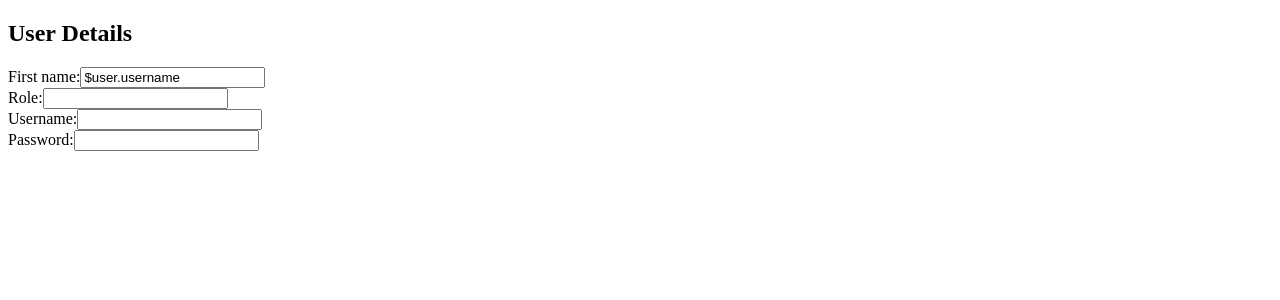
Repository: Shveta625/EmfRepository
Page: http://localhost/UserRegistration/UserDetail.jsp
The author's editor kept a copy of each file at every save. The page is drawn from the files as they stood at one save, then again after the next save.
The browser window is 1280 px wide. The pictures show the whole page.
The page is served by Tomcat 9. Other server files are loaded and not shown.

Above is the page before, as saved 2017-11-09 08:58:07.

### UserRegistration/WebContent/UserDetail.jsp
<%@page import="dao.UserDetailDao"%>
<%@page import="java.sql.Statement"%>
<%@page import="java.sql.ResultSet"%>
<%@page import="java.sql.DriverManager"%>
<%@ page language="java" contentType="text/html; charset=UTF-8"
	pageEncoding="UTF-8"%>
<%@page import="dao.LoginDao"%>
<!DOCTYPE html PUBLIC "-//W3C//DTD HTML 4.01 Transitional//EN" "http://www.w3.org/TR/html4/loose.dtd">
<html>
<head>
<meta http-equiv="Content-Type" content="text/html; charset=UTF-8">
<title>Insert title here</title>
</head>
<body>
	<h2>User Details</h2>

	<form action="UserDetailServlet" method="post">
		First name:<input type="text" id="firstName" name="firstName" value=$user.username> <br>
		Role:<input type="text" id="role" name="role"> <br>
		Username:<input type="text" id="username" name="username"> <br>
		Password:<input type="password" id="password" name="password"> <br>
	</form>


</body>
</html>

After the next save:
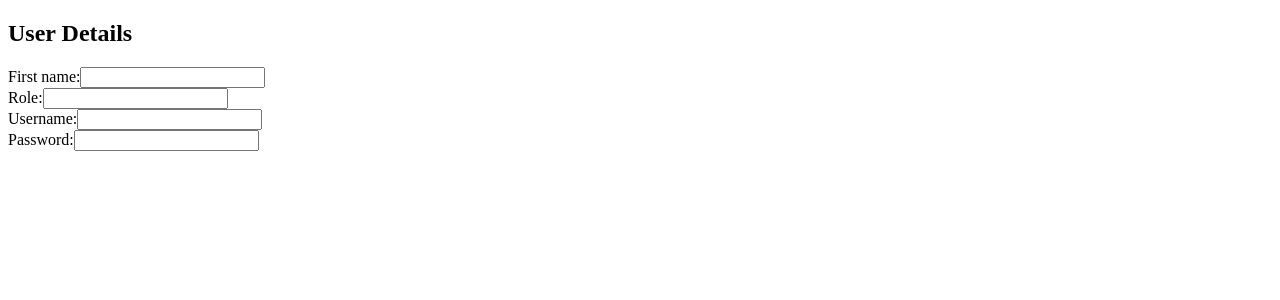
Saved 4 min 59 s later.
--- a/UserRegistration/WebContent/UserDetail.jsp
+++ b/UserRegistration/WebContent/UserDetail.jsp
@@ -15,7 +15,7 @@
 	<h2>User Details</h2>
 
 	<form action="UserDetailServlet" method="post">
-		First name:<input type="text" id="firstName" name="firstName" value=$user.username> <br>
+		First name:<input type="text" id="firstName" name="firstName" value="${user.username}"> <br>
 		Role:<input type="text" id="role" name="role"> <br>
 		Username:<input type="text" id="username" name="username"> <br>
 		Password:<input type="password" id="password" name="password"> <br>
